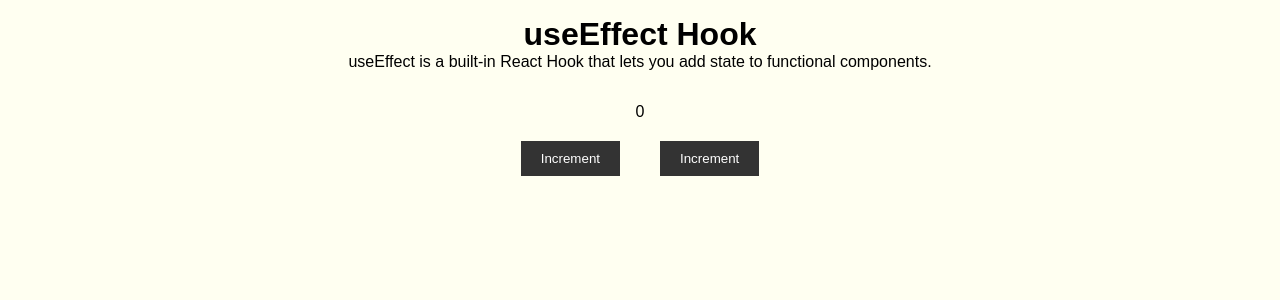
Repository: Muskan1Kumari4draw/React-app-with-concept
Page: /
The author's editor kept a copy of each file at every save. The page is drawn from the files as they stood at one save, then again after the next save.
The browser window is 1280 px wide. The pictures show the whole page.
The project was rebuilt for these pictures with package versions that can differ from the ones it lists, and the page was loaded fresh each time.

Above is the page before, as saved 2024-10-02 11:40:43.

After the next save:
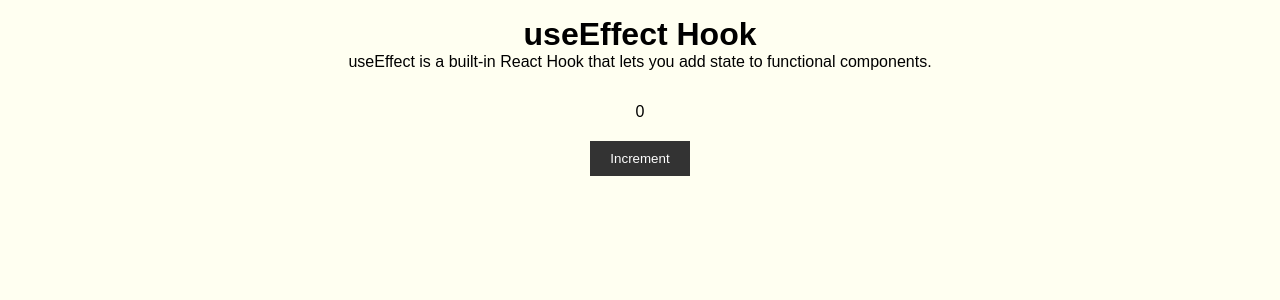
Saved 2 s later.
--- a/src/component/Hooke/UseEffect.js
+++ b/src/component/Hooke/UseEffect.js
@@ -19,12 +19,6 @@ const UseEffect = () => {
           <button className="btn" onClick={() => setNum(num + 1)}>
             Increment
           </button>
-          <button
-            className="btn"
-            onClick={() => (num > 0 ? setNum(num - 1) : setNum(0))}
-          >
-            Increment
-          </button>
         </div>
       </div>
     </>
